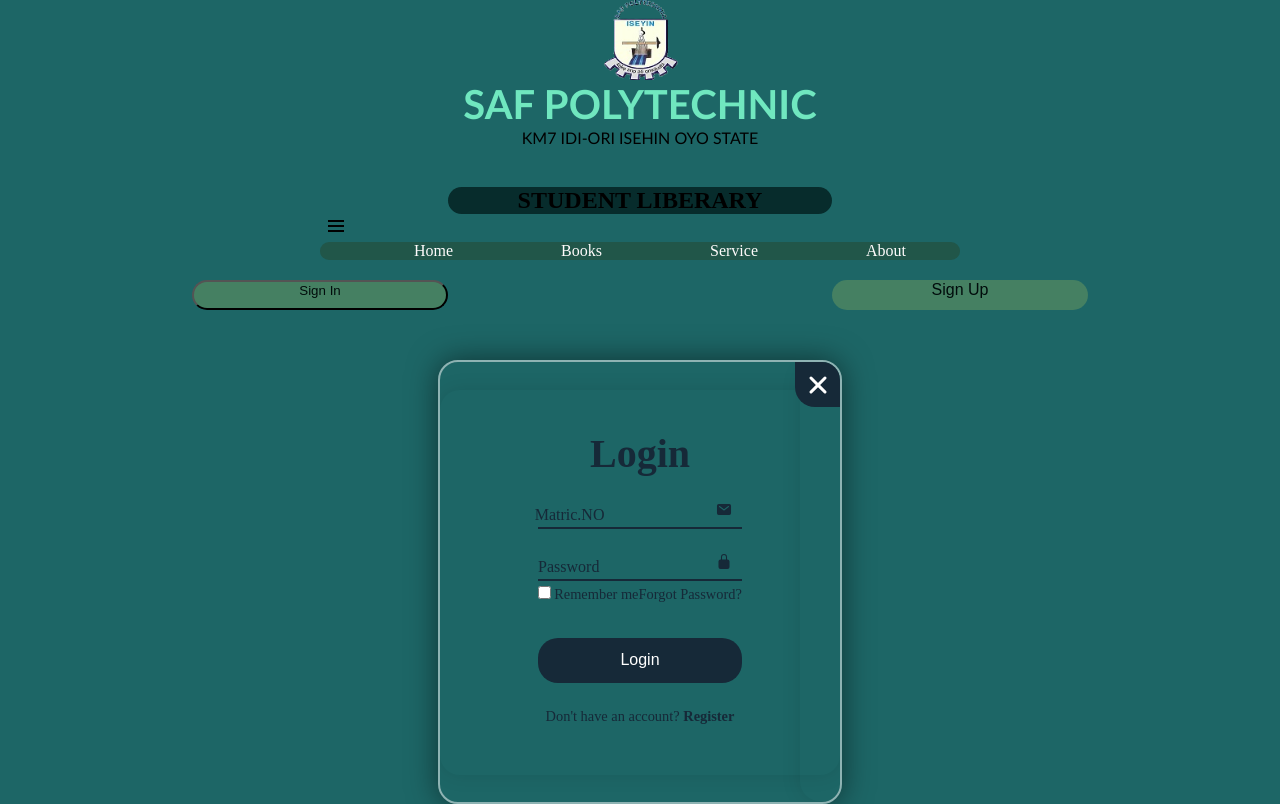
Repository: makinwademila/new-html
Page: index.html
An editor plug-in stored every save of this project. The page is shown before and after the next save, followed by the edit.
The browser window is 1280 px wide. The pictures show the whole page.

Above is the page before, as saved 2025-03-05 13:54:37.
Console error: ReferenceError: e is not defined

After the next save:
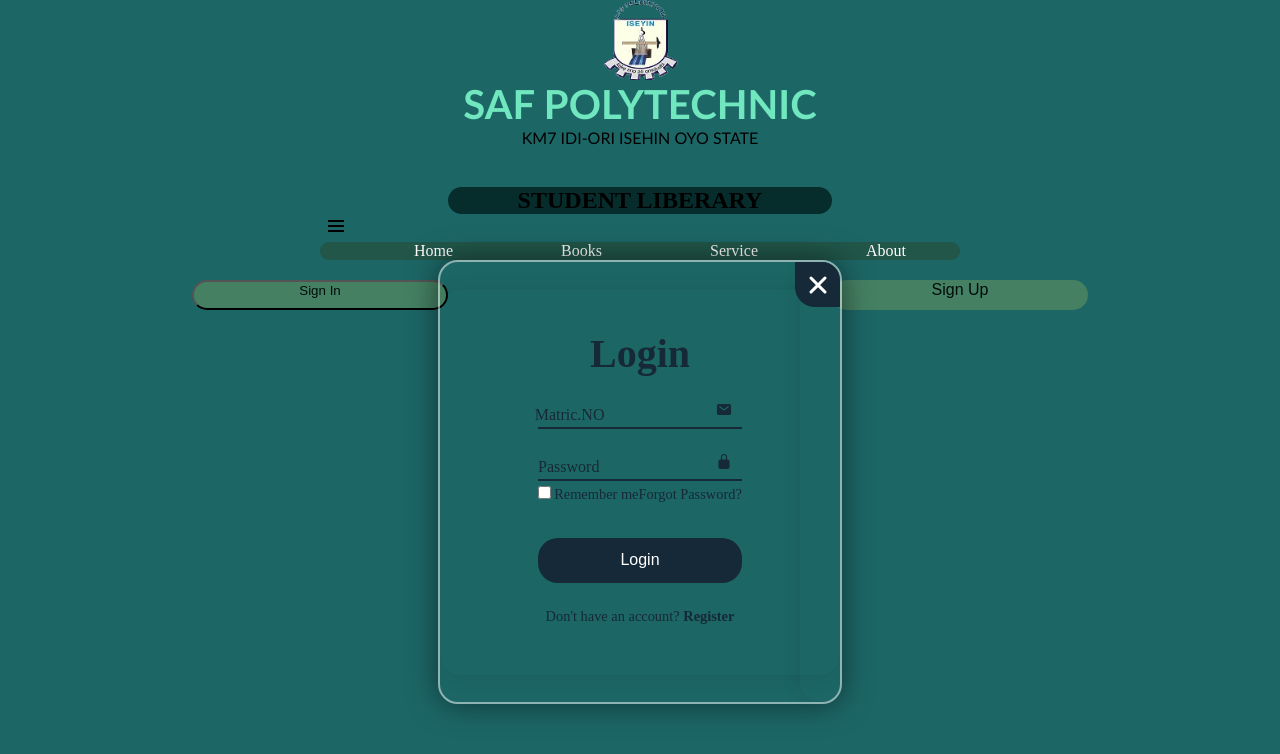
Saved 9 s later.
--- a/style.css
+++ b/style.css
@@ -194,7 +194,7 @@
 
 .wrapper {
     position: relative;
-    top: 50px;
+    top: -50px;
     width: 400px;
     height: 440px;
     background: transparent;
